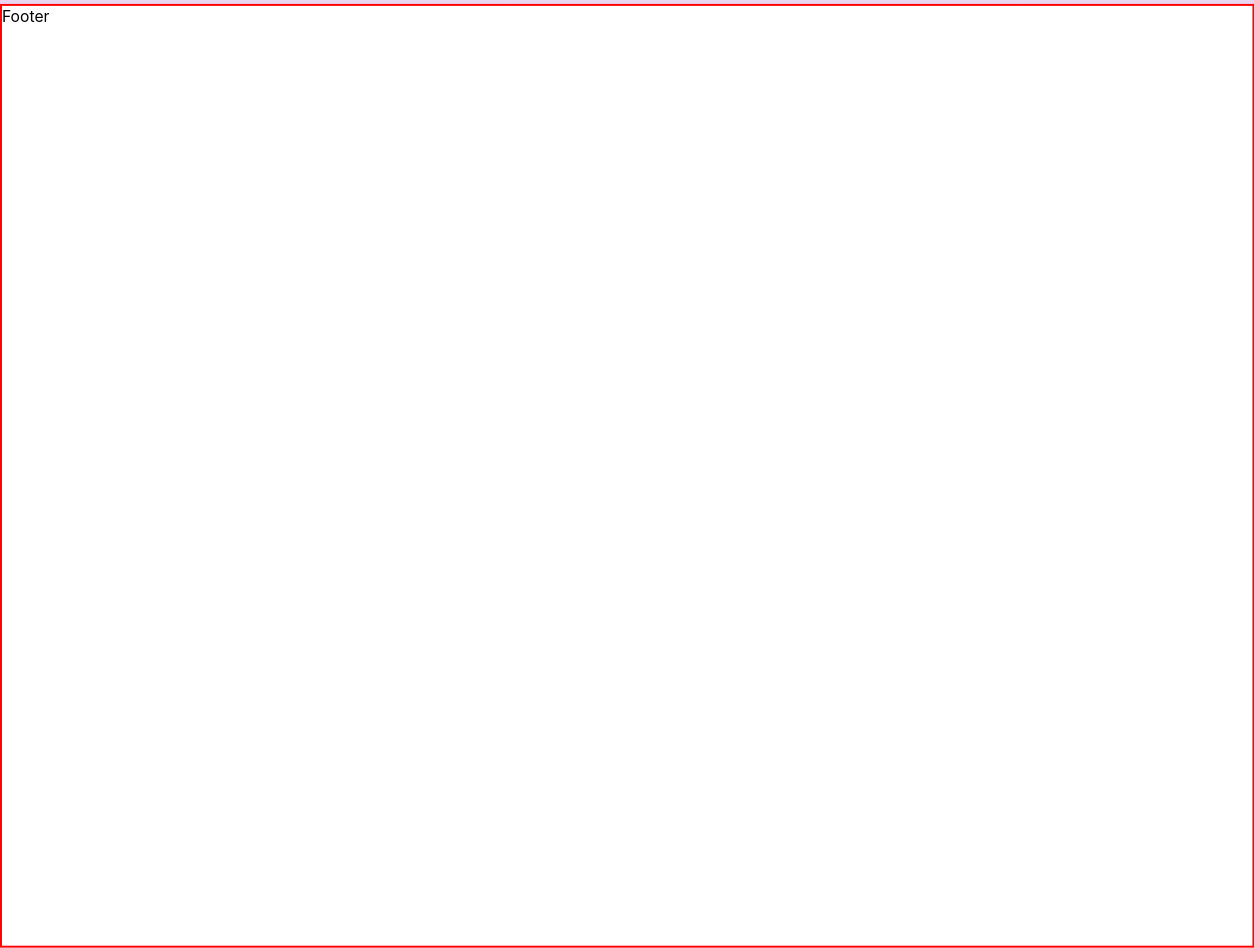
Repository: EdgarSargsyan2001/NWSlab21062022
Page: /
These files come from the project's save history. The page is drawn as it stood at one moment and after the next save; the edit follows.
The browser window is 1280 px wide. The pictures show the part of the page from y = 800 to 1767 px (the page is 1767 px tall), at 98% of full size.
The project was rebuilt for these pictures with package versions that can differ from the ones it lists, and the page was loaded fresh each time. Also part of the build but not shown: src/App.css.

Above is the page before, as saved 2022-06-22 13:53:18.

### src/index.tsx
import React from 'react';
import { createRoot } from 'react-dom/client';
import { Provider } from 'react-redux';
import { BrowserRouter } from "react-router-dom";
import { store } from './app/store';
import App from './App';
import reportWebVitals from './reportWebVitals';
import './index.css';

const container = document.getElementById('root')!;
const root = createRoot(container);

root.render(
  // <React.StrictMode>
  <BrowserRouter>
    <Provider store={store}>
      <App />
    </Provider>
    </BrowserRouter>
  // </React.StrictMode>
);

// If you want to start measuring performance in your app, pass a function
// to log results (for example: reportWebVitals(console.log))
// or send to an analytics endpoint. Learn more: https://bit.ly/CRA-vitals
reportWebVitals();

### src/app/store.ts
import { configureStore } from "@reduxjs/toolkit";



export const store = configureStore({
  reducer: {

  },
});

### src/App.tsx
import React from 'react';
import { Route, Routes } from 'react-router-dom';
import './App.css';
import MainLayout from './Layouts/mainLayout/MainLayout';
import HomePage from './Pages/HomePage/HomePage';

function App() {
  return (
    <div >
        <Routes>
          <Route path='/' element={<MainLayout/>}>
            <Route path='/' element={<HomePage/>}  />
            {/* <Route path='' element={} /> */}
            {/* <Route path='' element={} /> */}
            {/* <Route path='' element={} /> */}
          </Route>
        </Routes>
    </div>
  );
}

export default App;

### src/Layouts/mainLayout/MainLayout.tsx


import { Outlet } from "react-router-dom";
import Footer from "../Footer/Footer";
import Header from "../Header/Header";
import "./MainLayout.css";



export default function MainLayout(){

    return(
        <div >
            <Header />

            <Outlet />

            <Footer />
        </div>
    )
}

### src/Pages/HomePage/HomePage.tsx
import React from 'react'
import VideoMain from '../../Components/VideoMain/VideoMain'
import './HomePage.css'


function HomePage() {
  return (
    <div className='homePage'>
        <VideoMain
            path='./Assets/main.gif'
            height='800px'
            text="it outstaffing company "
         />

    </div>
  )
}

export default HomePage

### src/Layouts/Footer/Footer.tsx
import React from 'react'
import './Footer.css'

function Footer() {
  return (
    <div className='Footer'>Footer</div>
  )
}

export default Footer

### src/Layouts/Header/Header.tsx
import React from 'react'
import './Header.css'

function Header() {



  return (
    <div>
        <div className="nav">header</div>

    </div>
  )
}

export default Header

### src/Components/VideoMain/VideoMain.tsx
import React from 'react'
import './VideoMain.css'


function VideoMain({path,height,text}:{path:string,height:string,text:string}) {


   return (
     <div className='video' >
      <div className='imgDiv'>

      <img src={path} alt='gif' style={{height}} />
      </div>

      <div className='text'>{text}</div>
     </div>



   )
}

export default VideoMain

### src/Pages/HomePage/HomePage.css
.homePage{


}

### src/Layouts/Footer/Footer.css
.Footer{
    height: 959px;
    border: 2px solid red;
}

### src/Layouts/Header/Header.css
.nav{
    width: 100vw;
    height: 70px;
    position: fixed;
    background: green;
    z-index: 5;
}

### src/Components/VideoMain/VideoMain.css
.video{
    display: flex;
    justify-content: center;
    align-items: center;
    background-position: center;
    background-size: cover;
}

.imgDiv{
    width: 100vw;

    /* opacity: 25%; */
    background: linear-gradient(0deg, rgba(136, 47, 190, 0.2), rgba(136, 47, 190, 0.2)) ;
}
.imgDiv img{
    width: inherit;
}
.text{
    width: 1094px;
    height: 420px;
    position:absolute;
    color: white;
    font-family: 'Grandstander';
    font-style: normal;
    font-weight: 600;
    font-size: 140px;
    line-height: 100%;
    opacity: 1;
    /* or 140px */

    text-align: center;
    text-transform: uppercase;

}

Loaded but not shown: public/index.html (common file); src/reportWebVitals.ts (common file); src/index.css (common file); src/Layouts/mainLayout/MainLayout.css (no stored copy; drawn as an empty file)

After the next save:
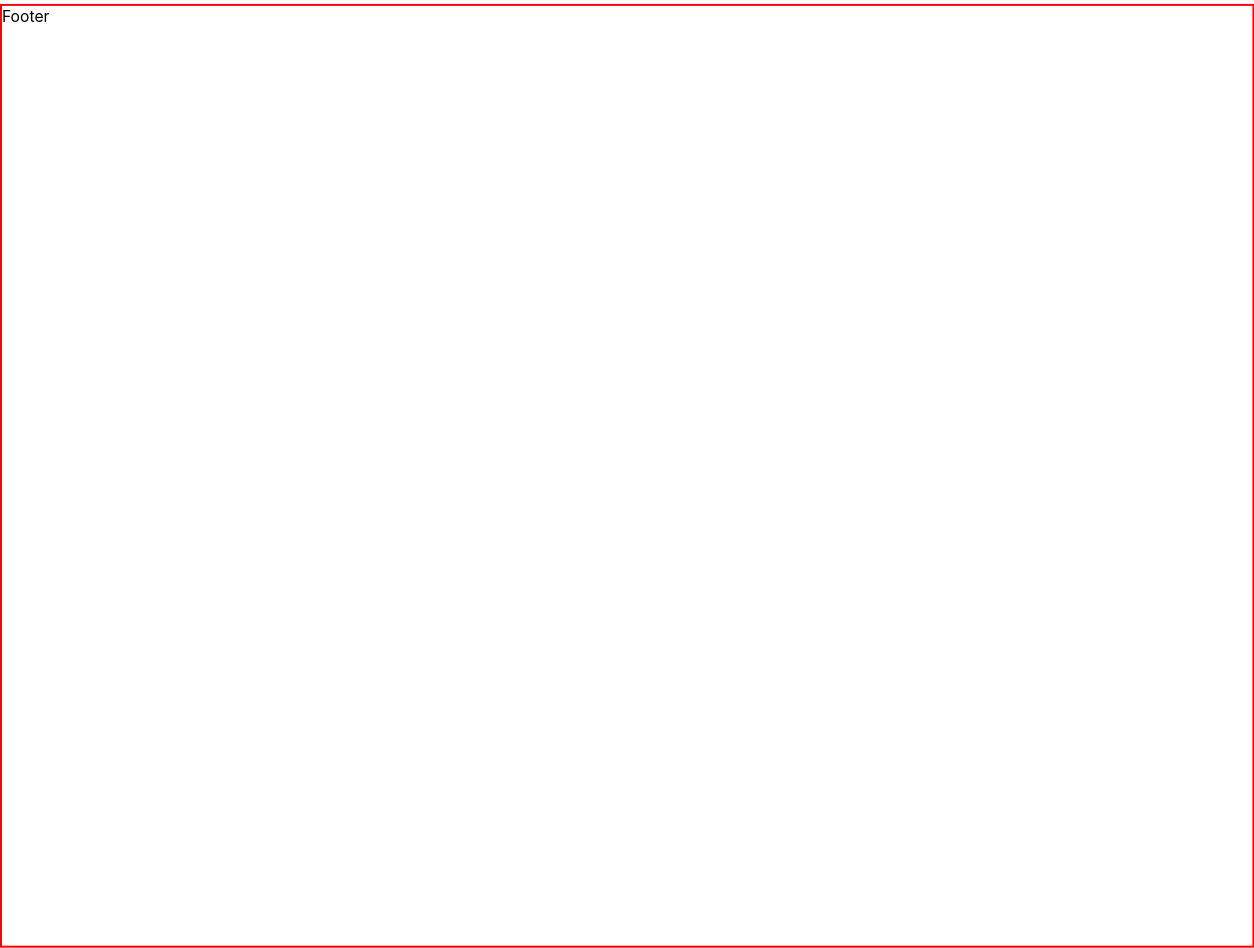
Saved 15 s later.
--- a/src/Components/VideoMain/VideoMain.css
+++ b/src/Components/VideoMain/VideoMain.css
@@ -10,7 +10,7 @@
     width: 100vw;
 
     /* opacity: 25%; */
-    background: linear-gradient(0deg, rgba(136, 47, 190, 0.2), rgba(136, 47, 190, 0.2)) ;
+    /* background: linear-gradient(0deg, rgba(136, 47, 190, 0.2), rgba(136, 47, 190, 0.2)) ; */
 }
 .imgDiv img{
     width: inherit;
